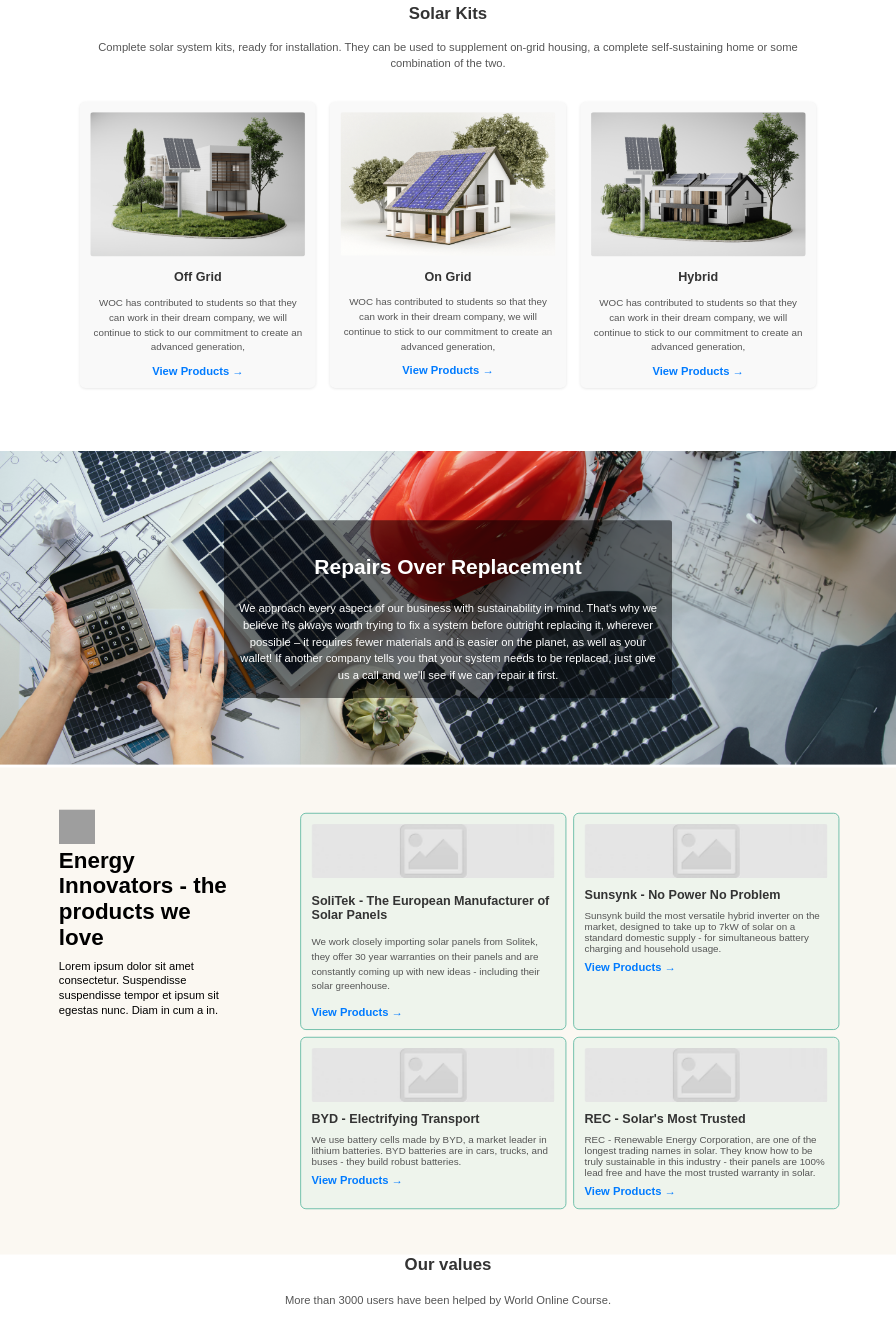
Repository: MaramNabil872/Landing-Page
Page: landingPage.html
The author's editor kept a copy of each file at every save. The page is drawn from the files as they stood at one save, then again after a run of saves.
The browser window is 1280 px wide. The pictures show the part of the page from y = 1966 to 3866 px (the page is 4194 px tall before and 4246 px after), at 70% of full size.
Pictures or frames that could not be fetched are drawn as grey boxes. A picture or video elsewhere on the page could not be fetched, so the positions and the page height are approximate.

Above is the page before, as saved 2024-10-21 18:24:08.

### landingPage.html
<!DOCTYPE html>
<html lang="en">
    <head>
        <meta charset="UTF-8" />
        <meta name="viewport" content="width=device-width, initial-scale=1.0" />
        <title>Landing Page</title>
        <link rel="stylesheet" href="landingPage.css" />
    </head>
    <body>
        <nav class="navbar">
            <div class="logo">MyLogo</div>

            <ul class="nav-links">
                <li><a href="#home">Home</a></li>
                <li><a href="#about">About</a></li>
                <li><a href="#services">Services</a></li>
                <li><a href="#contact">Contact</a></li>
            </ul>
            <div class="call">
                <p>call us</p>
                <h3>+2 01017345</h3>
            </div>
        </nav>

        <div class="image-container">
            <img
                src="images/solar-panels-meadow 1.png"
                alt="Background Image"
                class="background-image"
            />
            <div class="main-text">
                <h2 class="text-wallpaper">
                    Solar Panel Installers <br />
                    In Plymouth
                </h2>
                <br />
                <p class="text-paragraph">
                    Fueled is an award-winning technology consultancy that
                    transforms <br />
                    businesses by generating ideas, building products, and
                    accelerating<br />
                    growth.
                </p>
                <div class="button-container">
                    <button class="button-wallpaper1">Call Us Today</button>
                    <button class="button-wallpaper2">
                        Requst a call back
                    </button>
                </div>
            </div>
        </div>

        <!-- first container -->

        <div class="container1">
            <div class="text-container1">
                <p class="title-container1">
                    The Friendliest Installers <br />in the South-West
                </p>
                <p class="paragraph-container1">
                    At Solidarity Solar our aims are to help our customers
                    towards a sustainable future and genuinely care about the
                    quality of products we use for our installs. We never sell
                    you equipment you don't need and will always advise to the
                    best of our ability, No hard sell or pushy sales tactics
                    ever. We take pride in our work and do our best to make sure
                    that we meet, or exceed, our customers' expectations.
                </p>
                <div class="last-container1">
                    <p>
                        <span class="number-container1">01/ </span>Collaborate
                        with 100+ leading
                    </p>
                    <p>
                        <span class="number-container1">02/ </span> 100+ leading
                        universities and companies
                    </p>
                    <p>
                        <span class="number-container1">03/ </span> leading
                        universities and companies
                    </p>
                    <p>
                        <span class="number-container1">04/ </span> universities
                        and companies
                    </p>
                </div>
            </div>
            <div class="image-container1">
                <img src="images/Rectangle 30.png" alt="solar" />
            </div>
        </div>

        <!-- second section -->

        <div class="section2">
            <img src="images/middle.png" alt="img" />
            <div class="main-text">
                <h2 class="section2-text">Power that Doesn't Cost the Earth</h2>
                <h6 class="section2-paragraph">
                    If you need advice then give us a call on 07745593882 or hit
                    the <br />
                    button below to request a call back!
                </h6>
                <button class="button-wallpaper2">Call Us Today</button>
            </div>
        </div>

        <!-- third section -->

        <div class="white-container">
            <h2 class="title">Solar Kits</h2>
            <p class="text">
                Complete solar system kits, ready for installation. They can be
                used to supplement on-grid housing, a complete self-sustaining
                home or some combination of the two.
            </p>

            <div class="card-container">
                <div class="card">
                    <img src="images/1.png" alt="Image 2" class="card-image" />
                    <h3 class="card-title">Off Grid</h3>
                    <p class="card-text">
                        WOC has contributed to students so that they can work in
                        their dream company, we will continue to stick to our
                        commitment to create an advanced generation,
                    </p>
                    <a href="#" class="card-link">View Products →</a>
                </div>
                <div class="card">
                    <img
                        src="images/solar-panels-meadow 2 (1).png"
                        alt="Image 3"
                        class="card-image"
                    />
                    <h3 class="card-title">On Grid</h3>
                    <p class="card-text">
                        WOC has contributed to students so that they can work in
                        their dream company, we will continue to stick to our
                        commitment to create an advanced generation,
                    </p>
                    <a href="#" class="card-link">View Products →</a>
                </div>
                <div class="card">
                    <img
                        src="images/solar-panels-meadow 3.png"
                        alt="Image 1"
                        class="card-image"
                    />
                    <h3 class="card-title">Hybrid</h3>
                    <p class="card-text">
                        WOC has contributed to students so that they can work in
                        their dream company, we will continue to stick to our
                        commitment to create an advanced generation,
                    </p>
                    <a href="#" class="card-link">View Products →</a>
                </div>
            </div>
        </div>

        <!-- forth section -->

        <div class="forth-image">
            <img src="images/8116 1 (1).png" alt="Full Width Image" />
            <div class="overlay-text">
                <h2 class="overlay-title">Repairs Over Replacement</h2>
                <p class="overlay-paragraph">
                    We approach every aspect of our business with sustainability
                    in mind. That's why we believe it's always worth trying to
                    fix a system before outright replacing it, wherever possible
                    – it requires fewer materials and is easier on the planet,
                    as well as your wallet! If another company tells you that
                    your system needs to be replaced, just give us a call and
                    we'll see if we can repair it first.
                </p>
            </div>
        </div>

        <!-- fifth section -->

        <div class="forth">
            <div class="container4">
                <div class="text-section4">
                    <img
                        class="logoimg"
                        src="https://www.logoai.com/oss/icons/2021/10/27/l1eXTxm2w7TM6t9.png"
                    />
                    <h1>Energy Innovators - the products we love</h1>
                    <p class="paragraph-container1">
                        Lorem ipsum dolor sit amet consectetur. Suspendisse
                        suspendisse tempor et ipsum sit egestas nunc. Diam in
                        cum a in.
                    </p>
                </div>
                <div class="card-section4">
                    <div class="card4">
                        <img
                            src="images/image 9.png"
                            alt="Image 1"
                            class="card-image"
                        />
                        <h3 class="card-title">
                            SoliTek - The European Manufacturer of Solar Panels
                        </h3>
                        <p class="card-text">
                            We work closely importing solar panels from Solitek,
                            they offer 30 year warranties on their panels and
                            are constantly coming up with new ideas - including
                            their solar greenhouse.
                        </p>
                        <a href="#" class="card-link">View Products →</a>
                    </div>
                    <div class="card4">
                        <img
                            src="images/image 9.png"
                            alt="Image 2"
                            class="card-image4"
                        />
                        <h3 class="card-title4">
                            Sunsynk - No Power No Problem
                        </h3>
                        <p class="card-text4">
                            Sunsynk build the most versatile hybrid inverter on
                            the market, designed to take up to 7kW of solar on a
                            standard domestic supply - for simultaneous battery
                            charging and household usage.
                        </p>
                        <a href="#" class="card-link">View Products →</a>
                    </div>
                    <div class="card4">
                        <img
                            src="images/image 9.png"
                            alt="Image 3"
                            class="card-image4"
                        />
                        <h3 class="card-title4">
                            BYD - Electrifying Transport
                        </h3>
                        <p class="card-text4">
                            We use battery cells made by BYD, a market leader in
                            lithium batteries. BYD batteries are in cars,
                            trucks, and buses - they build robust batteries.
                        </p>
                        <a href="#" class="card-link">View Products →</a>
                    </div>
                    <div class="card4">
                        <img
                            src="images/image 9.png"
                            alt="Image 4"
                            class="card-image4"
                        />
                        <h3 class="card-title4">REC - Solar's Most Trusted</h3>
                        <p class="card-text4">
                            REC - Renewable Energy Corporation, are one of the
                            longest trading names in solar. They know how to be
                            truly sustainable in this industry - their panels
                            are 100% lead free and have the most trusted
                            warranty in solar.
                        </p>
                        <a href="#" class="card-link">View Products →</a>
                    </div>
                </div>
            </div>
        </div>

        <!-- fifth section -->

        <div class="white-container2">
            <h2 class="title">Our values</h2>
            <p class="text">
                More than 3000 users have been helped by World Online Course.
            </p>

            <div class="card-container">
                <div class="card5">
                    <img
                        src="https://logos-world.net/wp-content/uploads/2023/07/Threads-Logo.png"
                        alt="Image 2"
                        class="card-image5"
                    />
                    <h3 class="card-title">Customer Care</h3>
                    <p class="card-text">
                        We're here to help you with solar panel installation in
                        Devon and Cornwall. If we were to sum ourselves up in a
                        few words, those would be "reliable, honest and
                        friendly." We find our customers agree! We're with you
                        from the start of the project to the finish.
                    </p>
                </div>
                <div class="card5">
                    <img
                        src="https://logos-world.net/wp-content/uploads/2023/07/Threads-Logo.png"
                        alt="Image 3"
                        class="card-image5"
                    />
                    <h3 class="card-title">Price</h3>
                    <p class="card-text">
                        As I'm sure you'll have seen, solar systems don't tend
                        to come cheap. Our aim is to make solar power accessible
                        to everyone, so we price ourselves in a way that makes
                        solar energy more affordable. We're focused on helping
                        you and on helping the environment, rather than on
                        turning a profit.
                    </p>
                </div>
                <div class="card5">
                    <img
                        src="https://logos-world.net/wp-content/uploads/2023/07/Threads-Logo.png"
                        alt="Image 1"
                        class="card-image5"
                    />
                    <h3 class="card-title">Sustainability</h3>
                    <p class="card-text">
                        As we've said, we do this because we truly care about
                        the planet and about seeing people embrace a greener,
                        more eco-friendly approach to power. The world of green
                        energy can be jargon-filled and opaque, so we want to
                        help educate people on the big and little things they
                        can do to protect our planet!
                    </p>
                </div>
            </div>
        </div>
    </body>
</html>

### landingPage.css
* {
    margin: 0;
    padding: 0;
    box-sizing: border-box; /* Added for consistent sizing */
}

body {
    font-family: Arial, sans-serif;
}
@media (max-width: 480px) {
    .text-overlay {
        font-size: 1.2rem; /* Even smaller text size for very small screens */
    }

    .call h3 {
        font-size: 1.2rem; /* Adjust call size for small screens */
    }
}
@media (max-width: 768px) {
    .navbar {
        flex-direction: column; /* Stack items vertically */
        align-items: flex-start; /* Align items to the left */
    }

    .nav-links {
        margin-top: 10px; /* Space between navbar and links */
    }

    .nav-links li {
        margin-left: 0;
        margin-bottom: 10px; /* Space between links */
    }

    .text-overlay {
        font-size: 1.5rem; /* Smaller text size for mobile */
    }
}


.navbar {
    background-color: #0b9586;
    display: flex;
    justify-content: space-between;
    align-items: center;
    padding: 10px 20px;
    position: relative;
    flex-wrap: wrap; /* Allow items to wrap on smaller screens */
}

.logo {
    color: #fff;
    font-size: 24px;
}

.nav-links {
    list-style: none;
    display: flex;
    flex-wrap: wrap; /* Allow links to wrap on smaller screens */
}

.nav-links li {
    margin-left: 20px;
}

.nav-links a {
    text-decoration: none;
    color: white;
    font-size: 18px;
    transition: color 0.3s;
}

.nav-links a:hover {
    color: #f0a500;
}

.call {
    color: #fff;
    text-align: right; /* Align text to the right */
}

.image-container {
    position: relative;
    width: 100%;
    height: 100vh;
    overflow: hidden;
}

.background-image {
    width: 100%;
    height: 100%;
    object-fit: cover;
}
.main-text{
    position: absolute;
    top: 40%;
    left:5%;
}
.text-wallpaper {


    color: white;
    font-size: 40px;
    font-weight: bold;
    text-shadow: 2px 2px 4px rgba(0, 0, 0, 0.5);
}
.text-paragraph{
    color: white;
    font-size:  18px;

}
.button-container{
    display: flex;
}
.button-wallpaper1 {
    background-color: #0b9586;
    color: white;
    border: none;
    border-radius: 20em;
    padding: 0.8em 1.5em 0.8em 1.2em;
    width: 40%;
    margin: 4%;
    height: 50px;
    font-size: 16px;
    cursor: pointer;
    align-items: center;

}
.button-wallpaper2 {
    background-color:  #FFBB1C;
    ;
    color: white;
    border: none;
    border-radius: 20em;
    padding: 0.8em 1.5em 0.8em 1.2em;
    width: 40%;
    margin: 4%;
    height: 50px;
    font-size: 16px;
    cursor: pointer;
    align-items: center;

}

.container1 {
    display: flex;
    background-color: white;
    padding-top: 10%;
    border-radius: 8px;
    max-width: 1200px;
    margin: 20px auto;


}
.title-container1{
    font-size: 37px;
    font-weight: bold;


}
.text-container1 {
   flex:1;
    padding-right:5%;
padding-left: 5%;}
.paragraph-container1{
    margin-top: 5%;
    line-height: 1.3;
}

.last-container1{
    font-size: 20px;
    font-weight: bold;
    padding-top: 10%;
    line-height: 1.6;
    .number-container1{
        color:#84BD3A;
        ;
    }
}
.image-container1 {
   flex:1
}

.image-container1 img {
    width: 75%;
    height: auto;
    border-radius: 8px;
}


.section2 {
    position: relative;
    width: 100%;
    overflow: hidden;
}

.section2 img {
    width: 100%;
    height: auto; }

.section2-text {
font-size: 35px;
    color: white;

}
.section2-paragraph{
    padding-top: 5%;
    line-height: 1.5;

    font-size: 16px;
    color: white;
}

/* third section */
.white-container {
    background-color: white;
    padding: 5%;
    max-width: 1200px;
    margin: 2% auto;
}

.title {
    margin-bottom: 2%;
    font-size: 24px;
    color: #333;
    text-align: center;

}

.text {
    margin-bottom: 2%;
    font-size: 16px;
    color: #555;
    line-height: 1.5;
    text-align: center;
}

.card-container {
    display: flex;
    justify-content: space-between;
    margin-top: 4%;
}

.card {
    background-color: #f9f9f9;
    border-radius: 8px;
    box-shadow: 0 1px 4px rgba(0, 0, 0, 0.1);
    padding: 15px;
    text-align: center;
    flex: 1;
    margin: 0 10px;
}

.card-image {
    width: 100%;
    height: auto;
    border-radius: 4px;
}

.card-title {
    font-size: 18px;
    color: #333;
    margin-top: 5%;

}

.card-text {
    font-size: 14px;
    color: #555;
    margin-top: 5%;
    margin-bottom: 5%;
    line-height: 1.5;

}

.card-link {
    text-decoration: none;
    color: #007bff;
    font-weight: bold;
}

.card-link:hover {
    text-decoration: underline;
}
@media (max-width: 768px) {
    .card-container {
        flex-direction: column;
    }

    .card {
        flex: 1 1 100%;
        max-width: 100%;
        margin: 10px 0;
    }
}

/* forth css */

.forth-image {
    position: relative;
    width: 100%;
    overflow: hidden;
}

.forth-image img {
    width: 100%;
    height: auto;
}

.overlay-text {
    position: absolute;
    top: 50%;
    left: 50%;
    transform: translate(-50%, -50%);
    color: white;
    text-align: center;
    padding: 20px;
    background-color: rgba(0, 0, 0, 0.5);
    border-radius: 4px;
}
.overlay-title{
    margin-top: 5%;
    margin-bottom: 5%;
    font-size: 30px;

}
.overlay-paragraph{
    margin-top: 4%;
    line-height: 1.5;
    font-size: 16px;

}

/* //forth section// */

.forth{
    background-color:#a8790b0d;
}
.container4 {
    display: flex;
    max-width: 1200px;
    margin-left: 5%;


}
.logoimg{
    height: 8%;
    width: 20%;
}
.text-section4 {
    flex: 0 0 25%;
    padding: 20px;
    padding-top: 5%;

}

.card-section4 {

    flex: 0 0 75%;
    display: flex;
    flex-wrap: wrap;
    justify-content: space-between;
    padding: 5%;
}

.card4 {

    background-color: #3cab8f10;
    border-radius: 8px;
   border: 1px solid #3CAB90;
    padding: 15px;

    flex: 0 0 calc(50% - 10px); /* Each card takes half of the card section width minus margin */
    margin: 5px; /* Margin around cards */
}

.card-image4 {
    width: 100%; /* Make the image take full width of the card */
    height: auto; /* Maintain aspect ratio */
    border-radius: 4px; /* Rounded corners for the image */
}

.card-title4 {
    font-size: 18px; /* Font size for card titles */
    color: #333; /* Color of card title text */
    margin: 10px 0; /* Margin above and below card title */
}

.card-text4 {
    font-size: 14px; /* Font size for card text */
    color: #555; /* Color of card text */
    margin: 10px 0; /* Margin above and below card text */
}

.card-link4 {
    text-decoration: none; /* Remove underline from link */
    color: #007bff; /* Link color */
    font-weight: bold; /* Bold link text */
}

.card-link4:hover {
    text-decoration: underline; /* Underline link on hover */
}

/* Media Query for Mobile Responsiveness */
@media (max-width: 768px) {
    .container4 {
        flex-direction: column; /* Stack text and cards vertically */
    }

    .text-section4 {
        flex: 1 1 100%; /* Full width for text section on mobile */
    }

    .card-section4 {
        flex: 1 1 100%; /* Full width for card section on mobile */
        display: flex; /* Use Flexbox for cards */
        flex-wrap: wrap; /* Allow cards to wrap */
    }

    .card4 {
        flex: 0 0 100%; /* Each card takes full width on mobile */
        margin: 10px 0; /* Margin above and below each card */
    }
}


.card5 {
    background-color: #f9f9f9;
    border-radius: 8px;
    box-shadow: 0 1px 4px rgba(0, 0, 0, 0.1);
    padding: 15px;
    flex: 1;
    margin: 0 10px;
}
.card-image5{
    width: 25%;
    height: auto;
    border-radius: 4px;
}
.title5 {
    margin: 4%;
    margin-bottom: 2%;
    font-size: 24px;
    color: #333;
    text-align: center;

}

After the next 2 saves:
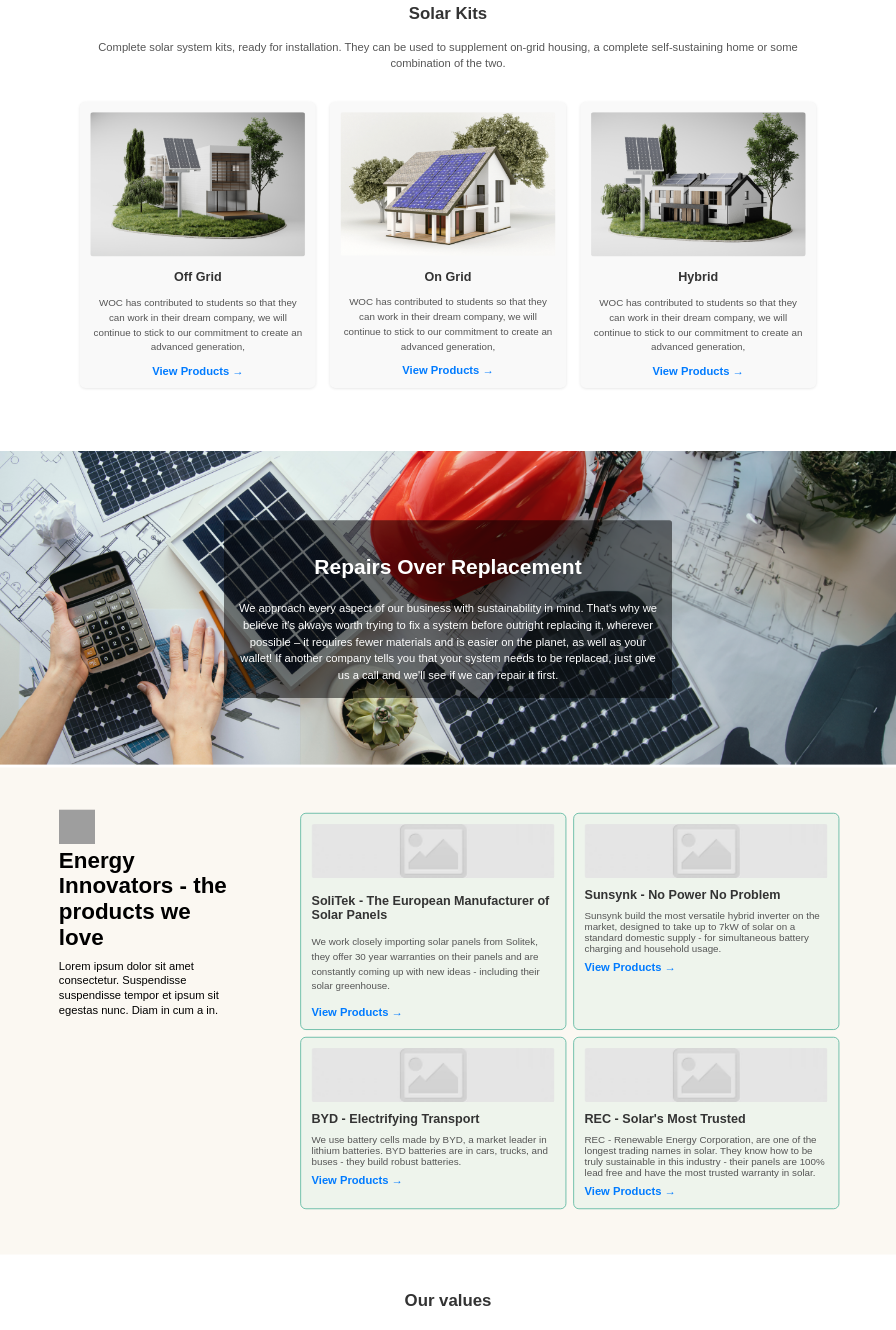
The 2 saves are shown as one change because they came seconds apart.
The last was saved 8 s later.
--- a/landingPage.html
+++ b/landingPage.html
@@ -265,7 +265,7 @@
         <!-- fifth section -->
 
         <div class="white-container2">
-            <h2 class="title">Our values</h2>
+            <h2 class="title5">Our values</h2>
             <p class="text">
                 More than 3000 users have been helped by World Online Course.
             </p>
